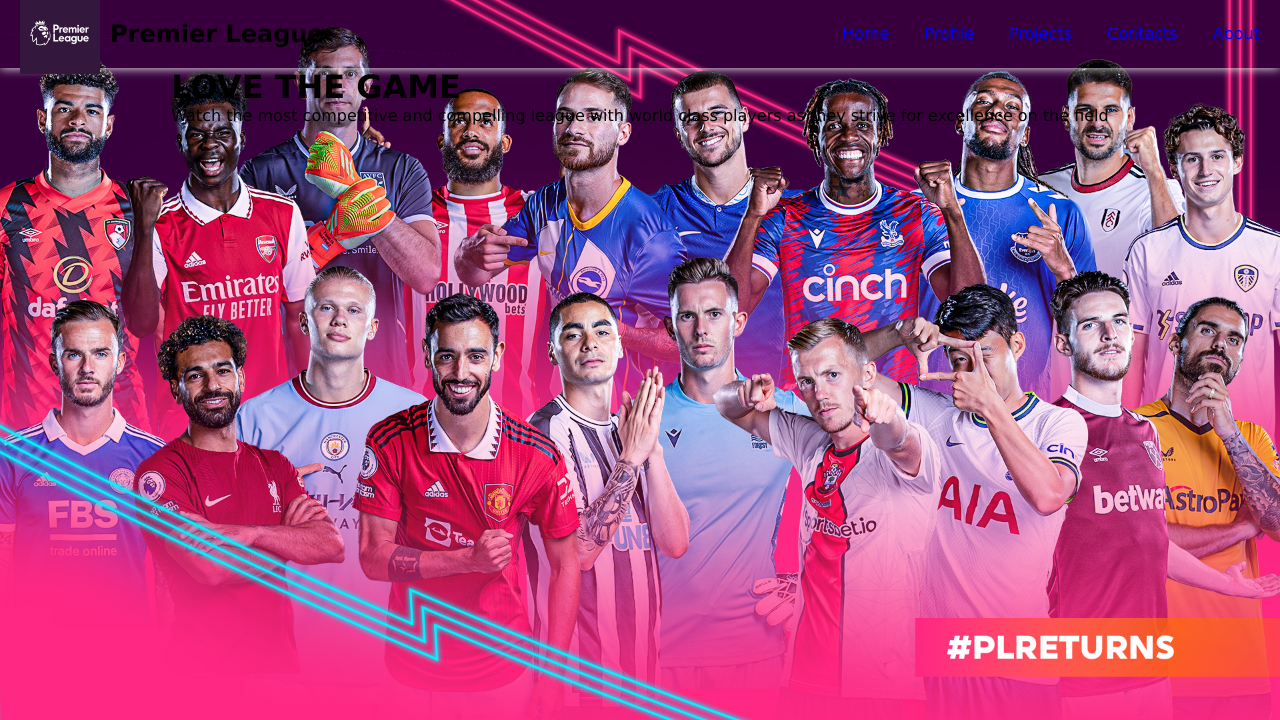
Repository: ogaziesam/simple-landing-page
Page: index.html
These files come from the project's save history. The page is drawn as it stood at one moment and after a run of saves; the edit follows.
The browser window is 1280 px wide. The pictures show the whole page.

Above is the page before, as saved 2023-08-12 00:47:02.

### index.html
<!DOCTYPE html>
<html lang="en">
<head>
    <meta charset="UTF-8">
    <meta name="viewport" content="width=device-width, initial-scale=1.0">
    <title>Landing Page</title>
    <link rel="stylesheet" href="/resources/css/style.css"/>
</head>
<body>
    <nav>
        <div class="heading">
            <img src="/resources/images/premier-league-logo-64B77E2F2E-seeklogo.com.png"
            alt="Logo Image"/>
            <h2 class ="nav_heading">Premier League</h2>
        </div>
        <ul>
            <li><a href="Home">Home</a></li>
            <li><a href="Profile">Profile</a></li>
            <li><a href="Projects">Projects</a></li>
            <li><a href="Contacts">Contacts</a></li>
            <li><a href="About">About</a></li>
        </ul>
    </nav>
    <main>
        <div class="content">
            <h1>LOVE THE GAME</h1>
            <p>Watch the most competitive and compelling league with world class players as they strive for excellence on the field
            </p>
        </div>

    </main>

</body>
</html>

### resources/css/style.css
* {
    padding: 0;
    margin: 0;
    font-family: Verdana, Geneva, Tahoma, sans-serif;
}

.logo {
    width:80px;
    height: 80px;
}

body {
    background-image: url(/resources/images/321105434_883868013027395_2576485099436938498_n.jpg);
    background-size: cover;
    background-repeat: no-repeat;
}

nav {
    display:flex;
    align-items: center;
    justify-content: space-between;
    padding: 5px 20px;
    height: 8vh;
    box-shadow: 0 0 10px white;
}

.heading {
    display: flex;
    align-items: center;
    gap: 10px;
}

ul {
    display: flex;
    align-items: center;
    gap: 35px;
}

li {
    list-style: none;
}

a {
    text-decoration: none;
    font-weight: 500;
}

a:hover {
    text-decoration: underline;
}

main {
    display: flex;
    align-items: center;
    justify-content: center;
}

After the next 2 saves:
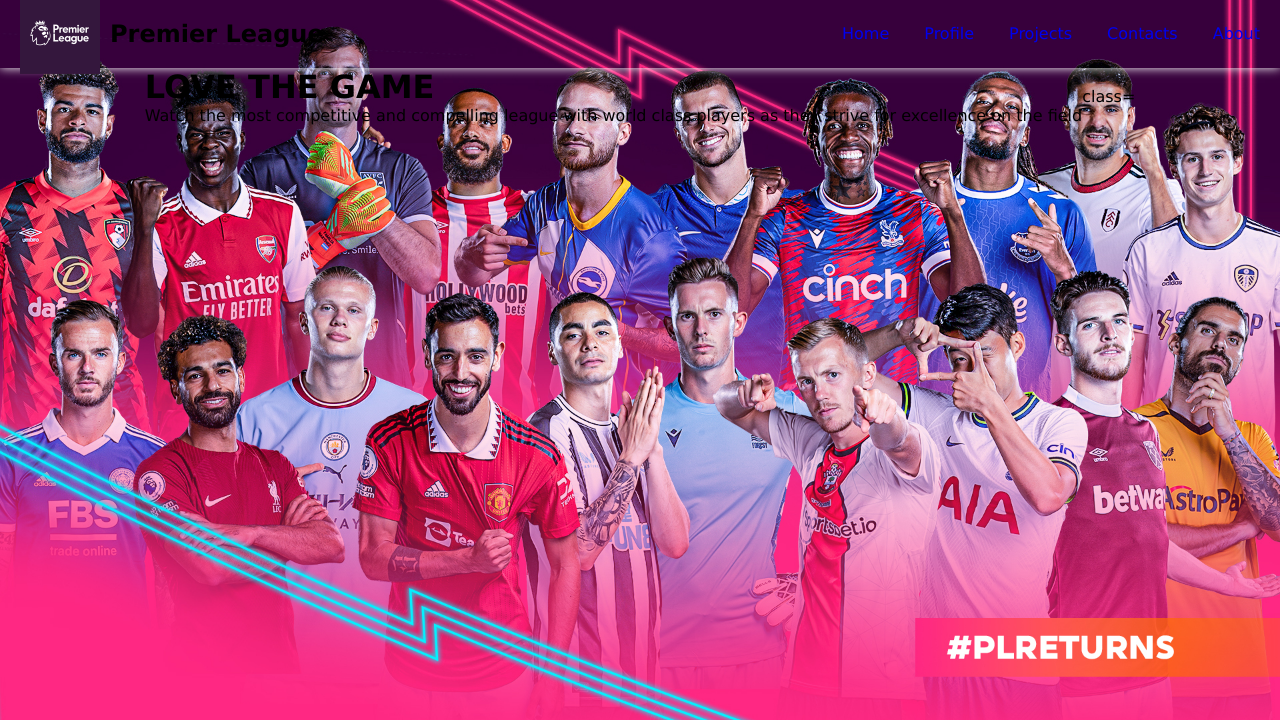
The 2 saves are shown as one change because they came seconds apart.
The last was saved 7 s later.
--- a/index.html
+++ b/index.html
@@ -27,7 +27,7 @@
             <p>Watch the most competitive and compelling league with world class players as they strive for excellence on the field
             </p>
         </div>
-
+        class=
     </main>
 
 </body>
